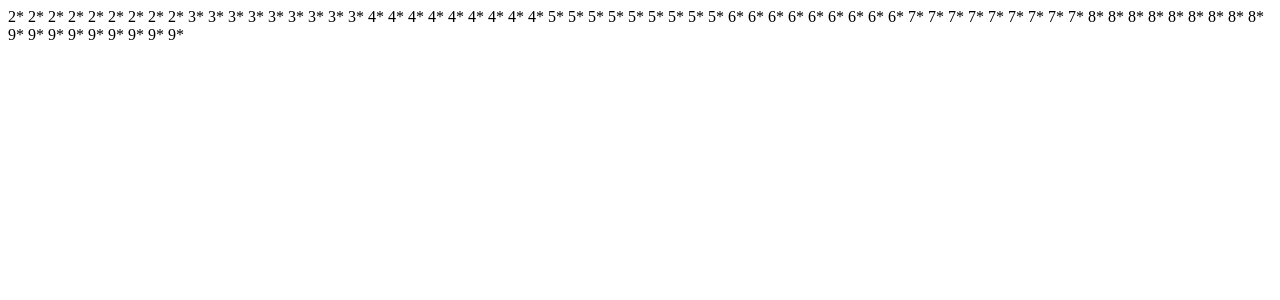
Repository: ceooyh/JSP
Page: http://localhost/step1/gugudan.jsp
These files come from the project's save history. The page is drawn as it stood at one moment and after the next save; the edit follows.
The browser window is 1280 px wide. The pictures show the whole page.
The page is served by Tomcat 9.

Above is the page before, as saved 2020-12-28 06:46:33.

After the next save:
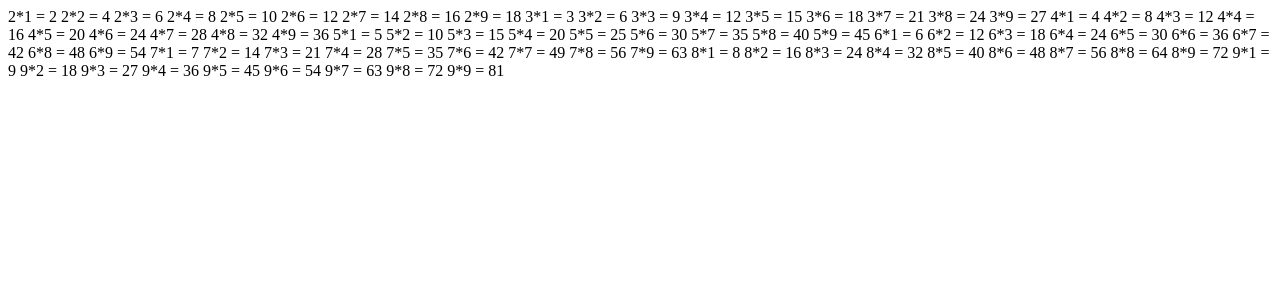
Saved 21 s later.
--- a/step1/WebContent/gugudan.jsp
+++ b/step1/WebContent/gugudan.jsp
@@ -15,7 +15,7 @@
 		for(num=2;num<10;num++){
 			for(int i=1;i<10;i++){
 				result = num * i;
-				response.getWriter().println(num + "*");
+				response.getWriter().println(num + "*" + i + " = " + result);
 			}
 		}
 	%>
